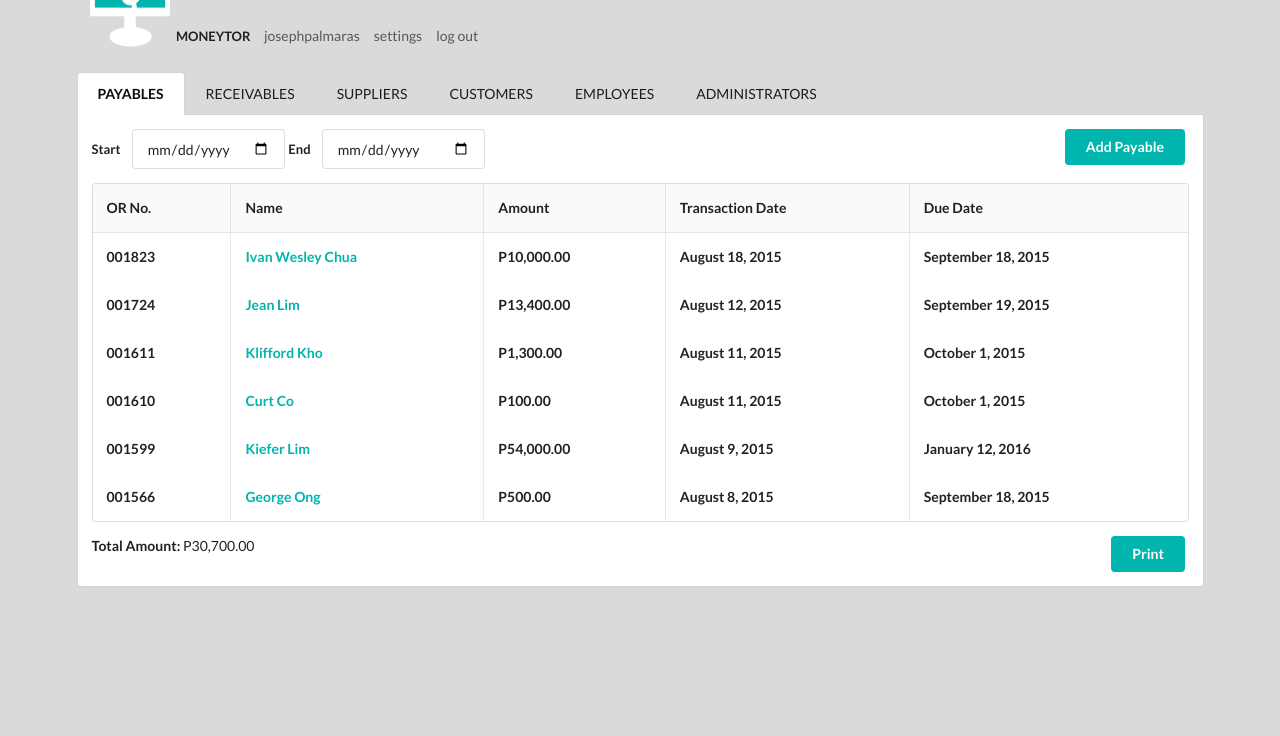
Repository: TV5/MoneyTor
Page: Workspace/MoneyTor/war/main.html
An editor plug-in stored every save of this project. The page is shown before and after the next save, followed by the edit.
The browser window is 1280 px wide. The pictures show the whole page.

Above is the page before, as saved 2015-08-18 16:14:20.

### Workspace/MoneyTor/war/main.html
<!DOCTYPE html>
<html>
<head>
  <!-- Standard Meta -->
  <meta charset="utf-8" />
  <meta http-equiv="X-UA-Compatible" content="IE=edge,chrome=1" />
  <meta name="viewport" content="width=device-width, initial-scale=1.0, maximum-scale=1.0">

  <!-- Site Properities -->
  <title>Main Page</title>
  <link rel="stylesheet" type="text/css" href="../dist/components/reset.css">
  <link rel="stylesheet" type="text/css" href="../dist/components/site.css">

  <link rel="stylesheet" type="text/css" href="../dist/components/container.css">
  <link rel="stylesheet" type="text/css" href="../dist/components/grid.css">
  <link rel="stylesheet" type="text/css" href="../dist/components/header.css">
  <link rel="stylesheet" type="text/css" href="../dist/components/image.css">
  <link rel="stylesheet" type="text/css" href="../dist/components/menu.css">

  <link rel="stylesheet" type="text/css" href="../dist/components/divider.css">
  <link rel="stylesheet" type="text/css" href="../dist/components/segment.css">
  <link rel="stylesheet" type="text/css" href="../dist/components/form.css">
  <link rel="stylesheet" type="text/css" href="../dist/components/input.css">
  <link rel="stylesheet" type="text/css" href="../dist/components/button.css">
  <link rel="stylesheet" type="text/css" href="../dist/components/list.css">
  <link rel="stylesheet" type="text/css" href="../dist/components/message.css">
  <link rel="stylesheet" type="text/css" href="../dist/components/icon.css">
  <link rel="stylesheet" type="text/css" href="../dist/components/tab.min.css">
  <link rel="stylesheet" type="text/css" href="../dist/components/table.min.css">
  <link rel="stylesheet" type="text/css" href="../dist/components/modal.min.css">
  <link rel="stylesheet" type="text/css" href="../dist/components/dimmer.min.css">
  <link rel="stylesheet" type="text/css" href="../dist/components/transition.min.css">
  <script src="assets/library/jquery.min.js"></script>
  <script src="../dist/components/form.js"></script>
  <script src="../dist/components/transition.js"></script>
  <script src="../dist/components/tab.min.js"></script>
  <script src="../dist/components/modal.min.js"></script>
  <script src="../dist/components/dimmer.min.js"></script>
  <script src="../dist/components/transition.min.js"></script>

  <style type="text/css">
    body {
      background-color: #DADADA;
    }
    body > .grid {
      height: 100%;
    }
    .image {
      margin-top: -100px;
    }
    .column {
      max-width: 450px;
    }
    .firstmenu {
    	padding-left: 20px;
    	padding-right: 20px;
    	padding-top: 0px;
    }
    a {
    	color: #00b5ad;
    }
  </style>
</head>
<body>


<div class="ui container">
	<div class="ui text menu firstmenu" width="100%">
	  <img src="assets/images/logo.png" class="ui middle aligned tiny image">
	  <div class="header item">MONEYTOR </div>
	  <a class="item">
	    josephpalmaras
	  </a>
	  <a id="settingsLink" class="item">
	    settings
	  </a>
	  <a class="item" style="float:right">
	    log out
	  </a>
	</div>
	<div class="ui top attached tabular menu">
	  <a class="active item">
	    PAYABLES
	  </a>
	  <a class="item">
	    RECEIVABLES
	  </a>
	  <a class="item">
	    SUPPLIERS
	  </a>
	  <a class="item">
	    CUSTOMERS
	  </a>
	  <a class="item">
	    EMPLOYEES
	  </a>
	  <a class="item">
	    ADMINISTRATORS
	  </a>
	</div>

	<div class="ui bottom attached active tab segment" style="padding-bottom:50px">
	  <div class="ui form ">
	  	<div class="inline fields" style="float:left">
	  	<div class="eight wide field">
	      <label>Start</label>
	      <input type="date">
	    </div>
	    <div class="eight wide field">
	      <label>End</label>
	      <input type="date">
	    </div>
	    </div>
	    <div class="three wide feild" style="float:right">
	      <button id="addPayableBtn" class="ui button teal">Add Payable</button>
	    </div>
	  </div>
	  <table class="ui celled padded table">
	  <thead>
	    <tr>
	    <th>OR No.</th>
	    <th>Name</th>
	    <th>Amount</th>
	    <th>Transaction Date</th>
	    <th>Due Date</th>
	  	</tr>
	  </thead>
	  <tbody>
	  	<tr>
	    <th>001823</th>
	    <th><a href="#">Ivan Wesley Chua</a></th>
	    <th>P10,000.00</th>
	    <th>August 18, 2015</th>
	    <th>September 18, 2015</th>
	  	</tr>
	  	<tr>
	    <th>001724</th>
	    <th><a href="#">Jean Lim</a></th>
	    <th>P13,400.00</th>
	    <th>August 12, 2015</th>
	    <th>September 19, 2015</th>
	  	</tr>
	  	<tr>
	    <th>001611</th>
	    <th><a href="#">Klifford Kho</a></th>
	    <th>P1,300.00</th>
	    <th>August 11, 2015</th>
	    <th>October 1, 2015</th>
	  	</tr>
	  	<tr>
	    <th>001610</th>
	    <th><a href="#">Curt Co</a></th>
	    <th>P100.00</th>
	    <th>August 11, 2015</th>
	    <th>October 1, 2015</th>
	  	</tr>
	  	<tr>
	    <th>001599</th>
	    <th><a href="#">Kiefer Lim</a></th>
	    <th>P54,000.00</th>
	    <th>August 9, 2015</th>
	    <th>January 12, 2016</th>
	  	</tr>
	  	<tr>
	    <th>001566</th>
	    <th><a href="#">George Ong</a></th>
	    <th>P500.00</th>
	    <th>August 8, 2015</th>
	    <th>September 18, 2015</th>
	  	</tr>
	  </tbody>
	  </table>
	  <div>
	  <p style="float:left"><b>Total Amount: </b> P30,700.00</p>
	  <button class="ui button teal" style="float:right">Print</button>
		</div>
	</div>
</div>

<div id="userSettings" class="ui modal">
  <div class="header">User Settings</div>
  <div class="content">
    <form class="ui form">

    	<div class="inline fields">
		    <div class="two wide field">
		      <label>Username</label>
		    </div>
		    <div class="fourteen wide field">
		      josephpalmaras
		    </div>
		</div>

		<div class="inline fields">
		    <div class="two wide field">
		      <label>Password</label>
		    </div>
		    <div class="fourteen wide field">
		      <text>****** </text> <a href="#">change password</a>
		    </div>
		</div>

		<div class="inline fields">
		    <div class="two wide field">
		      <label>Name</label>
		    </div>
		    <div class="fourteen wide field">
		      <input type="text" value="Joseph Gabriell Palmaras"/>
		    </div>
		</div>
    </form>
  </div>
		<div class="actions">
			<div class="ui approve button teal">Save</div>
		    <div class="ui cancel button teal">Cancel</div>
		</div>
</div>

<!-- PAYABLE INFORMATION -->
<div id="addPayable" class="ui modal">
  <div class="header">Account Payable</div>
  <div class="content">
    <form class="ui form">

    	<div class="inline fields">
		    <div class="two wide field">
		      <label>Supplier Name</label>
		    </div>
		    <div class="fourteen wide field">
		      <input type="text">
		    </div>
		</div>

    	<div class="inline fields">
		    <div class="two wide field">
		      <label>Official Receipt Number</label>
		    </div>
		    <div class="fourteen wide field">
		      <input type="text">
		    </div>
		</div>

		<div class="inline fields">
		    <div class="two wide field">
		      <label>Amount</label>
		    </div>
		    <div class="fourteen wide field">
		      <input type="number">
		    </div>
		</div>

		<div class="inline fields">
		    <div class="two wide field">
		      <label>Transaction Date</label>
		    </div>
		    <div class="fourteen wide field">
		      <input type="date">
		    </div>
		</div>

		<div class="inline fields">
		    <div class="two wide field">
		      <label>Due Date</label>
		    </div>
		    <div class="fourteen wide field">
		      <input type="date">
		    </div>
		</div>


    </form>
  </div>
  <div class="actions">
    <div class="ui approve button teal">Save</div>
    <div class="ui button teal">Add More</div>
    <div class="ui cancel button teal">Cancel</div>
  </div>
</div>


<!-- SUPPLIER INFORMATION
<div id="addPayable" class="ui modal">
  <div class="header">Supplier</div>
  <div class="content">
    <form class="ui form">

    	<div class="inline fields">
		    <div class="two wide field">
		      <label>Name</label>
		    </div>
		    <div class="fourteen wide field">
		      <input type="text">
		    </div>
		</div>

    	<div class="inline fields">
		    <div class="two wide field">
		      <label>Address</label>
		    </div>
		    <div class="fourteen wide field">
		      <input type="text">
		    </div>
		</div>

    	<div class="inline fields">
		    <div class="two wide field">
		      <label>Contact Number</label>
		    </div>
		    <div class="fourteen wide field">
		      <input type="text">
		    </div>
		</div>

    	<div class="inline fields">
		    <div class="two wide field">
		      <label>Terms</label>
		    </div>
		    <div class="seven wide field">
		      <input type="number">
		    </div>
		    <div class="seven wide field">
		      <select class="ui fluid dropdown">
    			<option value="">days</option>
    			<option value="">weeks</option>
    			<option value="">months</option>
    			<option value="">years</option>
    		  </select>
		    </div>
		</div>

    </form>
  </div>
  <div class="actions">
    <div class="ui approve button">Save</div>
    <div class="ui button">Add More</div>
    <div class="ui cancel button">Cancel</div>
  </div>
</div> -->

</body>
<script type="text/javascript">

	$('#addPayableBtn').click(function(){
		$('#addPayable').modal('show');
	});

	$('#settingsLink').click(function(){
		$('#userSettings').modal('show');
	});

</script>
</html>

### Workspace/MoneyTor/war/dist/components/site.css
/*!
 * # Semantic UI 2.0.8 - Site
 * http://github.com/semantic-org/semantic-ui/
 *
 *
 * Copyright 2015 Contributors
 * Released under the MIT license
 * http://opensource.org/licenses/MIT
 *
 */


/*******************************
             Page
*******************************/

@import url('https://fonts.googleapis.com/css?family=Lato:400,700,400italic,700italic&subset=latin');
html,
body {
  height: 100%;
}
html {
  font-size: 14px;
}
body {
  margin: 0px;
  padding: 0px;
  overflow-x: hidden;
  min-width: 320px;
  background: #ffffff;
  font-family: 'Lato', 'Helvetica Neue', Arial, Helvetica, sans-serif;
  font-size: 14px;
  line-height: 1.4285em;
  color: rgba(0, 0, 0, 0.87);
  font-smoothing: antialiased;
}


/*******************************
             Headers
*******************************/

h1,
h2,
h3,
h4,
h5 {
  font-family: 'Lato', 'Helvetica Neue', Arial, Helvetica, sans-serif;
  line-height: 1.2857em;
  margin: calc(2rem -  0.14285em ) 0em 1rem;
  font-weight: bold;
  padding: 0em;
}
h1 {
  min-height: 1rem;
  font-size: 2rem;
}
h2 {
  font-size: 1.714rem;
}
h3 {
  font-size: 1.28rem;
}
h4 {
  font-size: 1.071rem;
}
h5 {
  font-size: 1rem;
}
h1:first-child,
h2:first-child,
h3:first-child,
h4:first-child,
h5:first-child {
  margin-top: 0em;
}
h1:last-child,
h2:last-child,
h3:last-child,
h4:last-child,
h5:last-child {
  margin-bottom: 0em;
}


/*******************************
             Text
*******************************/

p {
  margin: 0em 0em 1em;
  line-height: 1.4285em;
}
p:first-child {
  margin-top: 0em;
}
p:last-child {
  margin-bottom: 0em;
}

/*-------------------
        Links
--------------------*/

a {
  color: #4183c4;
  text-decoration: none;
}
a:hover {
  color: #1e70bf;
  text-decoration: none;
}


/*******************************
          Highlighting
*******************************/


/* Site */
::-webkit-selection {
  background-color: #cce2ff;
  color: rgba(0, 0, 0, 0.87);
}
::-moz-selection {
  background-color: #cce2ff;
  color: rgba(0, 0, 0, 0.87);
}
::selection {
  background-color: #cce2ff;
  color: rgba(0, 0, 0, 0.87);
}

/* Form */
textarea::-webkit-selection,
input::-webkit-selection {
  background-color: rgba(100, 100, 100, 0.4);
  color: rgba(0, 0, 0, 0.87);
}
textarea::-moz-selection,
input::-moz-selection {
  background-color: rgba(100, 100, 100, 0.4);
  color: rgba(0, 0, 0, 0.87);
}
textarea::selection,
input::selection {
  background-color: rgba(100, 100, 100, 0.4);
  color: rgba(0, 0, 0, 0.87);
}


/*******************************
        Global Overrides
*******************************/



/*******************************
         Site Overrides
*******************************/

### Workspace/MoneyTor/war/dist/components/container.css
/*!
 * # Semantic UI 2.0.8 - Container
 * http://github.com/semantic-org/semantic-ui/
 *
 *
 * Copyright 2015 Contributors
 * Released under the MIT license
 * http://opensource.org/licenses/MIT
 *
 */


/*******************************
            Container
*******************************/


/* All Sizes */
.ui.container {
  display: block;
  max-width: 100% !important;
}

/* Mobile */
@media only screen and (max-width: 767px) {
  .ui.container {
    width: auto;
    margin-left: 1em !important;
    margin-right: 1em !important;
  }
  .ui.grid.container {
    width: auto !important;
  }
}

/* Tablet */
@media only screen and (min-width: 768px) and (max-width: 991px) {
  .ui.container {
    width: 723px;
    margin-left: auto !important;
    margin-right: auto !important;
  }
  .ui.grid.container {
    width: calc( 723px  +  2em ) !important;
  }
}

/* Small Monitor */
@media only screen and (min-width: 992px) and (max-width: 1199px) {
  .ui.container {
    width: 933px;
    margin-left: auto !important;
    margin-right: auto !important;
  }
  .ui.grid.container {
    width: calc( 933px  +  2em ) !important;
  }
}

/* Large Monitor */
@media only screen and (min-width: 1200px) {
  .ui.container {
    width: 1127px;
    margin-left: auto !important;
    margin-right: auto !important;
  }
  .ui.grid.container {
    width: calc( 1127px  +  2em ) !important;
  }
}


/*******************************
             Types
*******************************/


/* Text Container */
.ui.text.container {
  font-family: 'Lato', 'Helvetica Neue', Arial, Helvetica, sans-serif;
  max-width: 700px !important;
  line-height: 1.5;
}
.ui.text.container {
  font-size: 1.14285714rem;
}

/* Fluid */
.ui.fluid.container {
  width: 100%;
}


/*******************************
           Variations
*******************************/

.ui[class*="left aligned"].container {
  text-align: left;
}
.ui[class*="center aligned"].container {
  text-align: center;
}
.ui[class*="right aligned"].container {
  text-align: right;
}
.ui.justified.container {
  text-align: justify;
  -webkit-hyphens: auto;
     -moz-hyphens: auto;
      -ms-hyphens: auto;
          hyphens: auto;
}


/*******************************
         Theme Overrides
*******************************/



/*******************************
         Site Overrides
*******************************/

### Workspace/MoneyTor/war/dist/components/image.css
/*!
 * # Semantic UI 2.0.8 - Image
 * http://github.com/semantic-org/semantic-ui/
 *
 *
 * Copyright 2015 Contributors
 * Released under the MIT license
 * http://opensource.org/licenses/MIT
 *
 */


/*******************************
             Image
*******************************/

.ui.image {
  position: relative;
  display: inline-block;
  vertical-align: middle;
  max-width: 100%;
  background-color: transparent;
}
img.ui.image {
  display: block;
}
.ui.image svg,
.ui.image img {
  display: block;
  max-width: 100%;
  height: auto;
}


/*******************************
            States
*******************************/

.ui.hidden.images,
.ui.hidden.image {
  display: none;
}
.ui.disabled.images,
.ui.disabled.image {
  cursor: default;
  opacity: 0.45;
}


/*******************************
          Variations
*******************************/


/*--------------
     Inline
---------------*/

.ui.inline.image,
.ui.inline.image svg,
.ui.inline.image img {
  display: inline-block;
}

/*------------------
  Vertical Aligned
-------------------*/

.ui.top.aligned.images .image,
.ui.top.aligned.image,
.ui.top.aligned.image svg,
.ui.top.aligned.image img {
  display: inline-block;
  vertical-align: top;
}
.ui.middle.aligned.images .image,
.ui.middle.aligned.image,
.ui.middle.aligned.image svg,
.ui.middle.aligned.image img {
  display: inline-block;
  vertical-align: middle;
}
.ui.bottom.aligned.images .image,
.ui.bottom.aligned.image,
.ui.bottom.aligned.image svg,
.ui.bottom.aligned.image img {
  display: inline-block;
  vertical-align: bottom;
}

/*--------------
     Rounded
---------------*/

.ui.rounded.images .image,
.ui.rounded.image,
.ui.rounded.images .image > *,
.ui.rounded.image > * {
  border-radius: 0.3125em;
}

/*--------------
    Bordered
---------------*/

.ui.bordered.images .image,
.ui.bordered.images img,
.ui.bordered.images svg,
.ui.bordered.image img,
.ui.bordered.image svg,
img.ui.bordered.image {
  border: 1px solid rgba(0, 0, 0, 0.1);
}

/*--------------
    Circular
---------------*/

.ui.circular.images,
.ui.circular.image {
  overflow: hidden;
}
.ui.circular.images .image,
.ui.circular.image,
.ui.circular.images .image > *,
.ui.circular.image > * {
  border-radius: 500rem;
}

/*--------------
     Fluid
---------------*/

.ui.fluid.images,
.ui.fluid.image,
.ui.fluid.images img,
.ui.fluid.images svg,
.ui.fluid.image svg,
.ui.fluid.image img {
  display: block;
  width: 100%;
  height: auto;
}

/*--------------
     Avatar
---------------*/

.ui.avatar.images .image,
.ui.avatar.images img,
.ui.avatar.images svg,
.ui.avatar.image img,
.ui.avatar.image svg,
.ui.avatar.image {
  margin-right: 0.25em;
  display: inline-block;
  width: 2em;
  height: 2em;
  border-radius: 500rem;
}

/*-------------------
       Spaced
--------------------*/

.ui.spaced.image {
  display: inline-block !important;
  margin-left: 0.5em;
  margin-right: 0.5em;
}
.ui[class*="left spaced"].image {
  margin-left: 0.5em;
  margin-right: 0em;
}
.ui[class*="right spaced"].image {
  margin-left: 0em;
  margin-right: 0.5em;
}

/*-------------------
       Floated
--------------------*/

.ui.floated.image,
.ui.floated.images {
  float: left;
  margin-right: 1em;
  margin-bottom: 1em;
}
.ui.right.floated.images,
.ui.right.floated.image {
  float: right;
  margin-right: 0em;
  margin-bottom: 1em;
  margin-left: 1em;
}
.ui.floated.images:last-child,
.ui.floated.image:last-child {
  margin-bottom: 0em;
}
.ui.centered.images,
.ui.centered.image {
  margin-left: auto;
  margin-right: auto;
}

/*--------------
     Sizes
---------------*/

.ui.mini.images .image,
.ui.mini.images img,
.ui.mini.images svg,
.ui.mini.image {
  width: 35px;
  height: auto;
  font-size: 0.71428571rem;
}
.ui.tiny.images .image,
.ui.tiny.images img,
.ui.tiny.images svg,
.ui.tiny.image {
  width: 80px;
  height: auto;
  font-size: 0.85714286rem;
}
.ui.small.images .image,
.ui.small.images img,
.ui.small.images svg,
.ui.small.image {
  width: 150px;
  height: auto;
  font-size: 0.92857143rem;
}
.ui.medium.images .image,
.ui.medium.images img,
.ui.medium.images svg,
.ui.medium.image {
  width: 300px;
  height: auto;
  font-size: 1rem;
}
.ui.large.images .image,
.ui.large.images img,
.ui.large.images svg,
.ui.large.image {
  width: 450px;
  height: auto;
  font-size: 1.14285714rem;
}
.ui.big.images .image,
.ui.big.images img,
.ui.big.images svg,
.ui.big.image {
  width: 600px;
  height: auto;
  font-size: 1.28571429rem;
}
.ui.huge.images .image,
.ui.huge.images img,
.ui.huge.images svg,
.ui.huge.image {
  width: 800px;
  height: auto;
  font-size: 1.42857143rem;
}
.ui.massive.images .image,
.ui.massive.images img,
.ui.massive.images svg,
.ui.massive.image {
  width: 960px;
  height: auto;
  font-size: 1.71428571rem;
}


/*******************************
              Groups
*******************************/

.ui.images {
  font-size: 0em;
  margin: 0em -0.25rem 0rem;
}
.ui.images .image,
.ui.images img,
.ui.images svg {
  display: inline-block;
  margin: 0em 0.25rem 0.5rem;
}


/*******************************
         Theme Overrides
*******************************/



/*******************************
         Site Overrides
*******************************/

Loaded but not shown: Workspace/MoneyTor/war/dist/components/tab.min.css (common file); Workspace/MoneyTor/war/dist/components/table.min.css (library); Workspace/MoneyTor/war/dist/components/modal.min.css (library); Workspace/MoneyTor/war/dist/components/dimmer.min.css (common file); Workspace/MoneyTor/war/dist/components/transition.min.css (library); Workspace/MoneyTor/war/assets/library/jquery.min.js (library); Workspace/MoneyTor/war/dist/components/tab.min.js (library); Workspace/MoneyTor/war/dist/components/modal.min.js (library); Workspace/MoneyTor/war/dist/components/dimmer.min.js (library); Workspace/MoneyTor/war/dist/components/transition.min.js (library); Workspace/MoneyTor/war/dist/components/form.js (1308 lines, source omitted); Workspace/MoneyTor/war/dist/components/transition.js (1072 lines, source omitted); Workspace/MoneyTor/war/dist/components/button.css (3230 lines, source omitted); Workspace/MoneyTor/war/dist/components/grid.css (1879 lines, source omitted); Workspace/MoneyTor/war/dist/components/icon.css (2601 lines, source omitted); Workspace/MoneyTor/war/dist/components/menu.css (1891 lines, source omitted); Workspace/MoneyTor/war/dist/components/form.css (994 lines, source omitted); Workspace/MoneyTor/war/dist/components/list.css (923 lines, source omitted); Workspace/MoneyTor/war/dist/components/segment.css (751 lines, source omitted); Workspace/MoneyTor/war/dist/components/header.css (721 lines, source omitted); Workspace/MoneyTor/war/dist/components/input.css (486 lines, source omitted); Workspace/MoneyTor/war/dist/components/message.css (462 lines, source omitted); Workspace/MoneyTor/war/dist/components/reset.css (423 lines, source omitted); Workspace/MoneyTor/war/dist/components/divider.css (260 lines, source omitted)

After the next save:
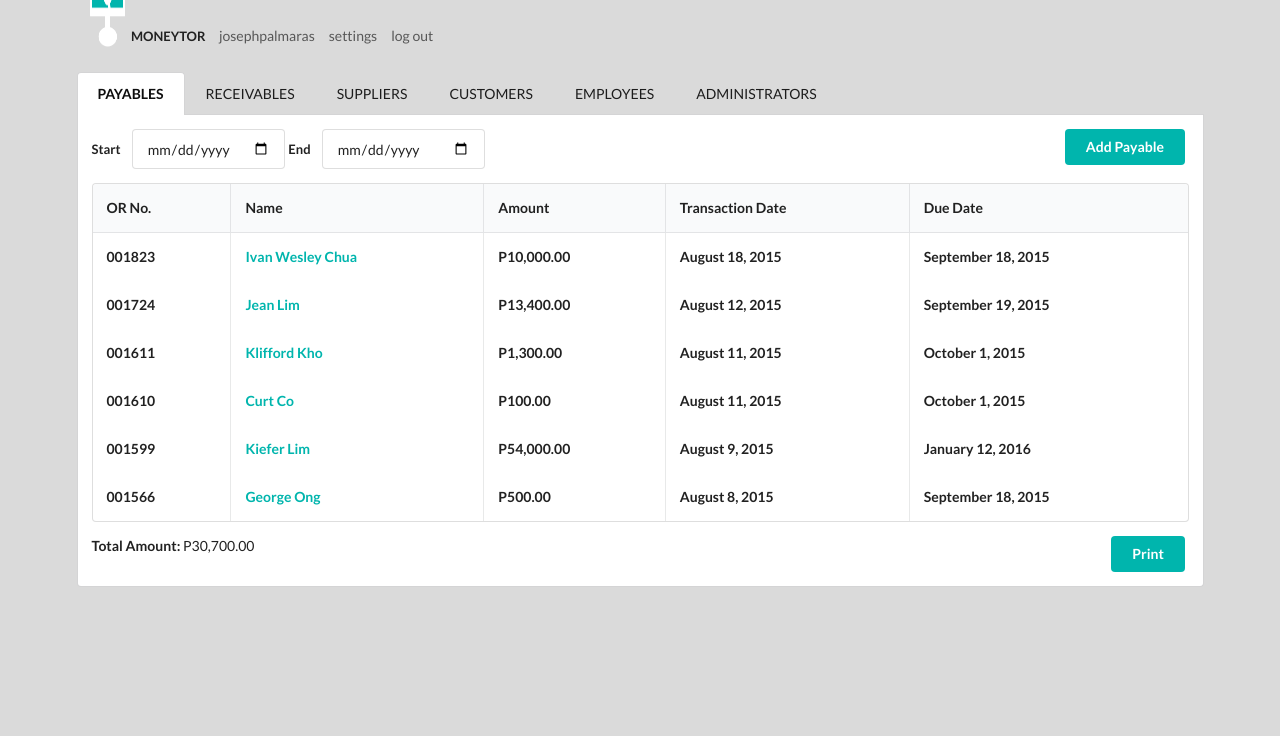
Saved 19 s later.
--- a/Workspace/MoneyTor/war/main.html
+++ b/Workspace/MoneyTor/war/main.html
@@ -66,7 +66,7 @@
 
 <div class="ui container">
 	<div class="ui text menu firstmenu" width="100%">
-	  <img src="assets/images/logo.png" class="ui middle aligned tiny image">
+	  <img src="assets/images/logo.png" class="ui middle aligned mini image">
 	  <div class="header item">MONEYTOR </div>
 	  <a class="item">
 	    josephpalmaras
